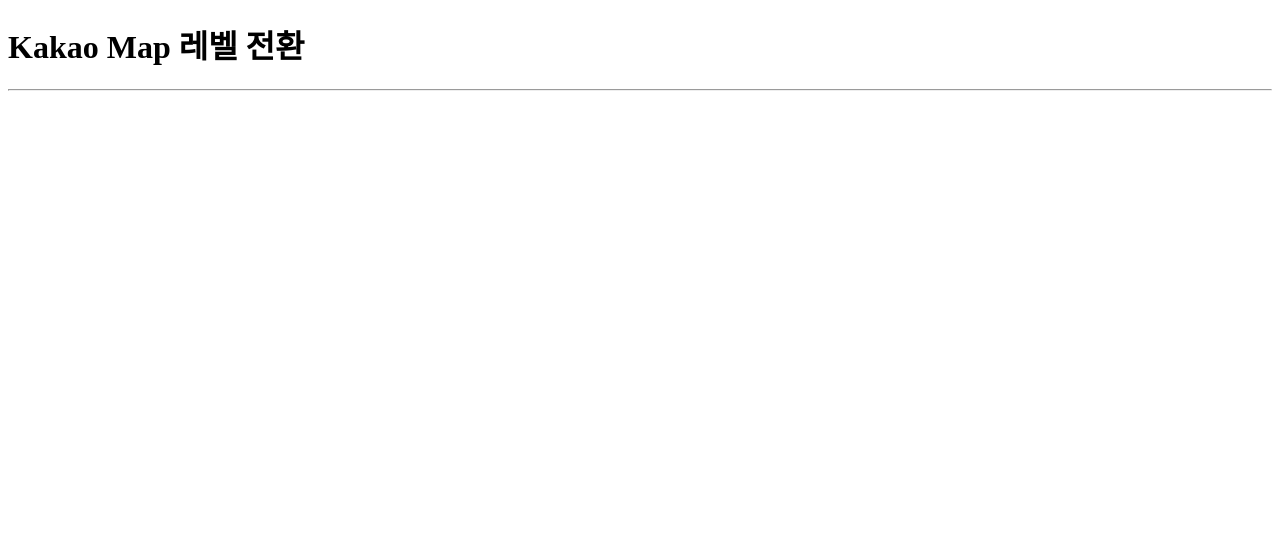
Repository: DongHyenYoo/DongHyen
Page: KakaoMapStudy/MapApp01/WebContent/MapTest005.html
These files come from the project's save history. The page is drawn as it stood at one moment and after the next save; the edit follows.
The browser window is 1280 px wide. The pictures show the whole page.

Above is the page before, as saved 2022-12-29 02:48:49.
Console error: ReferenceError: initialize is not defined

### KakaoMapStudy/MapApp01/WebContent/MapTest005.html
<!DOCTYPE html>
<html>
<head>
<meta charset="UTF-8">
<title>Insert title here</title>
</head>
<body onload="initialize()">


<!-- ○ 발급받은 App Key -->
<!-- appkey=b0adb6cf684c4c502462a6673bf822bf -->

<!-- ○ 지도의 중심 좌표-->
<!-- 37.556556 , 126.919550 -->


<div>

	<h1>Kakao Map 레벨 전환</h1>
	<hr />
</div>


<!-- 지도를 그릴 div 공간 확보(지정) -->
<div id="map" style="width:100%; height:350px;"></div>
<br>

<!-- 지도의 레벨 출력 -->
<span id="mapLevel"></span>


</body>
</html>

After the next save:
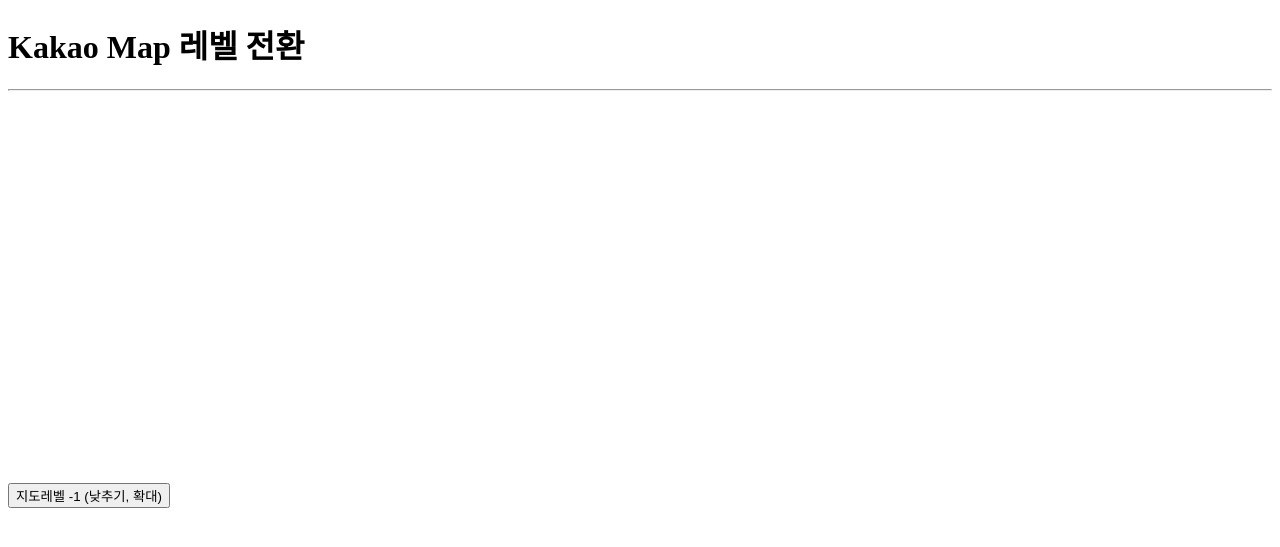
Saved 25 s later.
--- a/KakaoMapStudy/MapApp01/WebContent/MapTest005.html
+++ b/KakaoMapStudy/MapApp01/WebContent/MapTest005.html
@@ -29,5 +29,9 @@
 <span id="mapLevel"></span>
 
 
+<p>
+	<button type="button" onclick="zoomIn()">지도레벨 -1 (낮추기, 확대)</button>
+</p>
+
 </body>
 </html>
